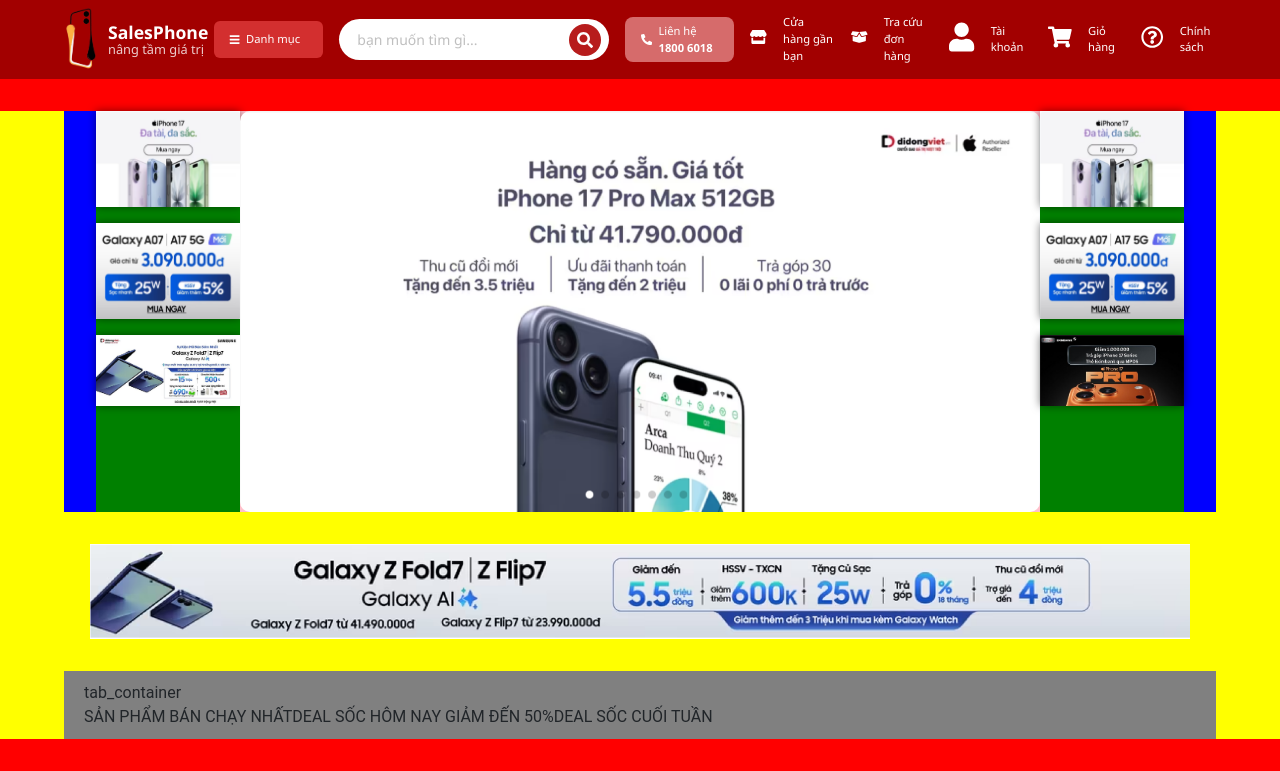
Repository: nguyenhuuluanTTB/cn-da22ttb-nguyenhuuluan-website_salesphone-nextjs_nodejs
Page: /home (app in Project_SalesPhone/client/salesphone/)
These files come from the project's save history. The page is drawn as it stood at one moment and after the next save; the edit follows.
The browser window is 1280 px wide. The pictures show the whole page.
The project was rebuilt for these pictures with package versions that can differ from the ones it lists, and the page was loaded fresh each time. The framework's server and built-in components were replaced by stand-ins that run in the browser. Also part of the build but not shown: Project_SalesPhone/client/salesphone/next.config.ts.

Above is the page before, as saved 2025-11-06 21:38:01.

After the next save:
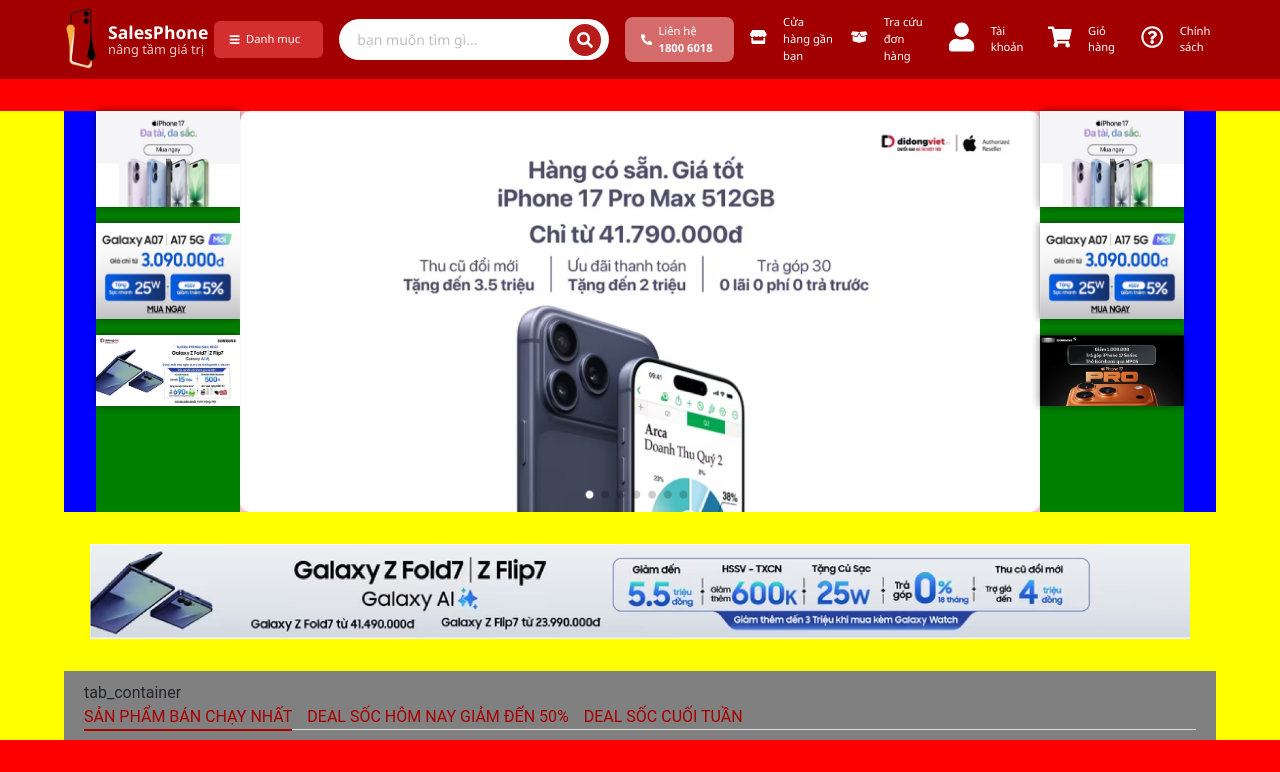
Saved 35 s later.
--- a/Project_SalesPhone/client/salesphone/app/home/home.module.scss
+++ b/Project_SalesPhone/client/salesphone/app/home/home.module.scss
@@ -47,3 +47,32 @@
     background-color: gray;
     padding: 10px 20px;
 }
+
+.tab_header{
+  display: flex;
+  gap: 15px;
+  border-bottom: 1px solid #ddd;
+
+  button{
+    background: none;
+    border: none;
+    color: #A70000;
+    position: relative;
+    padding: 0;
+  }
+
+  button::after{
+    content: "";
+    position: absolute;
+    left: 0;
+    bottom: -2px;
+    height: 2px;
+    width: 100%;
+    background-color: #A70000;
+    display: none;
+  }
+
+  button.active::after{
+    display: block;
+  }
+}
